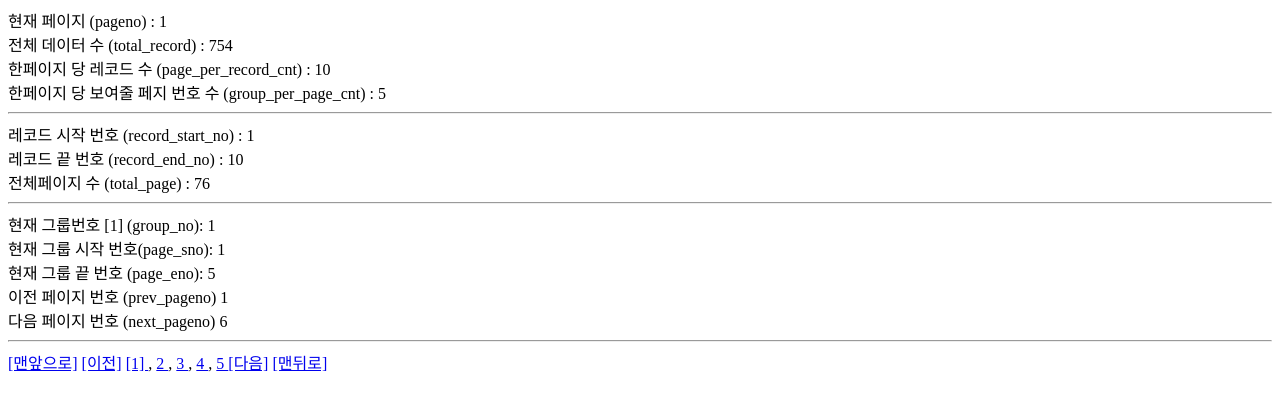
Repository: MinJae1/test
Page: http://localhost/ezenMall/view/test.jsp?pageno=1
An editor plug-in stored every save of this project. The page is shown before and after the next save, followed by the edit.
The browser window is 1280 px wide. The pictures show the whole page.
The page is served by Tomcat 9. Other server files are loaded and not shown.

Above is the page before, as saved 2018-11-07 01:07:46.

### java/ezenMall/WebContent/view/test.jsp
<%@ page language="java" contentType="text/html; charset=EUC-KR" pageEncoding="EUC-KR"%>
<%!
	public Integer toInt(String x){
		int a = 0;
		try{
			a = Integer.parseInt(x);
		}catch(Exception e){}
		return a;
	}
%>
<%
	int pageno = toInt(request.getParameter("pageno"));
	if(pageno<1){//현재 페이지
		pageno = 1;
	}
	int total_record = 754;		   //총 레코드 수
	int page_per_record_cnt = 10;  //페이지 당 레코드 수
	int group_per_page_cnt =5;     //페이지 당 보여줄 번호 수[1],[2],[3],[4],[5]
//					  									  [6],[7],[8],[9],[10]

	int record_end_no = pageno*page_per_record_cnt;
	int record_start_no = record_end_no-(page_per_record_cnt-1);
	if(record_end_no>total_record){
		record_end_no = total_record;
	}


	int total_page = total_record / page_per_record_cnt + (total_record % page_per_record_cnt>0 ? 1 : 0);
	if(pageno>total_page){
		pageno = total_page;
	}




// 	현재 페이지(정수) / 한페이지 당 보여줄 페지 번호 수(정수) + (그룹 번호는 현제 페이지(정수) % 한페이지 당 보여줄 페지 번호 수(정수)>0 ? 1 : 0)
	int group_no = pageno/group_per_page_cnt+( pageno%group_per_page_cnt>0 ? 1:0);
//		현재 그룹번호 = 현재페이지 / 페이지당 보여줄 번호수 (현재 페이지 % 페이지당 보여줄 번호 수 >0 ? 1:0)
//	ex) 	14		=	13(몫)		=	 (66 / 5)		1	(1(나머지) =66 % 5)

	int page_eno = group_no*group_per_page_cnt;
//		현재 그룹 끝 번호 = 현재 그룹번호 * 페이지당 보여줄 번호
//	ex) 	70		=	14	*	5
	int page_sno = page_eno-(group_per_page_cnt-1);
// 		현재 그룹 시작 번호 = 현재 그룹 끝 번호 - (페이지당 보여줄 번호 수 -1)
//	ex) 	66	=	70 - 	4 (5 -1)

	if(page_eno>total_page){
//	   현재 그룹 끝 번호가 전체페이지 수 보다 클 경우
		page_eno=total_page;
//	   현재 그룹 끝 번호와 = 전체페이지 수를 같게
	}

	int prev_pageno = page_sno-group_per_page_cnt;  // <<  *[이전]* [21],[22],[23]... [30] [다음]  >>
//		이전 페이지 번호	= 현재 그룹 시작 번호 - 페이지당 보여줄 번호수
//	ex)		46		=	51 - 5
	int next_pageno = page_sno+group_per_page_cnt;	// <<  [이전] [21],[22],[23]... [30] *[다음]*  >>
//		다음 페이지 번호 = 현재 그룹 시작 번호 + 페이지당 보여줄 번호수
//	ex)		56		=	51 - 5
	if(prev_pageno<1){
//		이전 페이지 번호가 1보다 작을 경우
		prev_pageno=1;
//		이전 페이지를 1로
	}
	if(next_pageno>total_page){
//		다음 페이지보다 전체페이지 수보가 클경우
		next_pageno=total_page/group_per_page_cnt*group_per_page_cnt+1;
//		next_pageno=total_page
//		다음 페이지 = 전체페이지수 / 페이지당 보여줄 번호수 * 페이지당 보여줄 번호수 + 1
//	ex)			   = 	76 / 5 * 5 + 1	????????
	}

	// [1][2][3].[10]
	// [11][12]
%>
현재 페이지   (pageno)   : <%=pageno%><br />
전체 데이터 수   (total_record) : <%=total_record %><br />
한페이지 당 레코드 수   (page_per_record_cnt) : <%=page_per_record_cnt %><br />
한페이지 당 보여줄 페지 번호 수   (group_per_page_cnt) : <%=group_per_page_cnt %><br />

<hr />
레코드 시작 번호  (record_start_no) : <%=record_start_no%><br />
레코드 끝 번호    (record_end_no) : <%=record_end_no %><br />
전체페이지 수     (total_page)  : <%=total_page %><br />
<hr />
현재 그룹번호 [1] (group_no):  <%=group_no %><br />
현재 그룹 시작 번호(page_sno): <%= page_sno%><br />
현재 그룹 끝 번호  (page_eno): <%= page_eno%><br />
이전 페이지 번호   (prev_pageno) <%=prev_pageno%><br />
다음 페이지 번호   (next_pageno) <%=next_pageno%><br />
<hr />


<a href="test.jsp?pageno=1">[맨앞으로]</a>
<a href="test.jsp?pageno=<%=prev_pageno%>">[이전]</a>
<%for(int i =page_sno;i<=page_eno;i++){%>
	<a href="test.jsp?pageno=<%=i %>">
		<%if(pageno == i){ %>
			[<%=i %>]
		<%}else{ %>
			<%=i %>
		<%} %>
	</a>
<%--	콤마	 --%>
	<%if(i<page_eno){ %>
		,
	<%} %>
<%} %>

<a href="test.jsp?pageno=<%=next_pageno%>" >[다음]</a>
<a href="test.jsp?pageno=<%=total_page %>">[맨뒤로]</a>

After the next save:
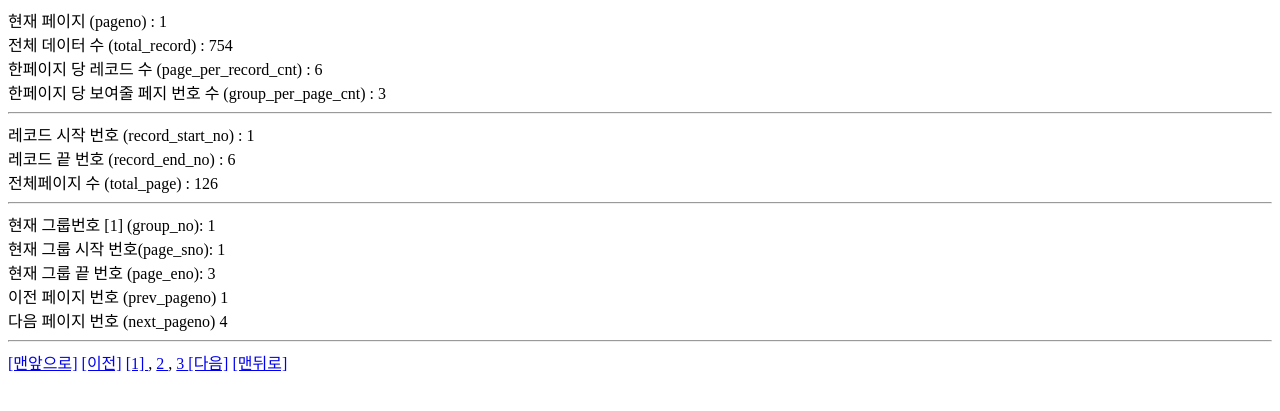
Saved 35 s later.
--- a/java/ezenMall/WebContent/view/test.jsp
+++ b/java/ezenMall/WebContent/view/test.jsp
@@ -14,8 +14,8 @@
 		pageno = 1;
 	}
 	int total_record = 754;		   //총 레코드 수
-	int page_per_record_cnt = 10;  //페이지 당 레코드 수
-	int group_per_page_cnt =5;     //페이지 당 보여줄 번호 수[1],[2],[3],[4],[5]
+	int page_per_record_cnt = 6;  //페이지 당 레코드 수
+	int group_per_page_cnt =3;     //페이지 당 보여줄 번호 수[1],[2],[3],[4],[5]
 //					  									  [6],[7],[8],[9],[10]
 
 	int record_end_no = pageno*page_per_record_cnt;
